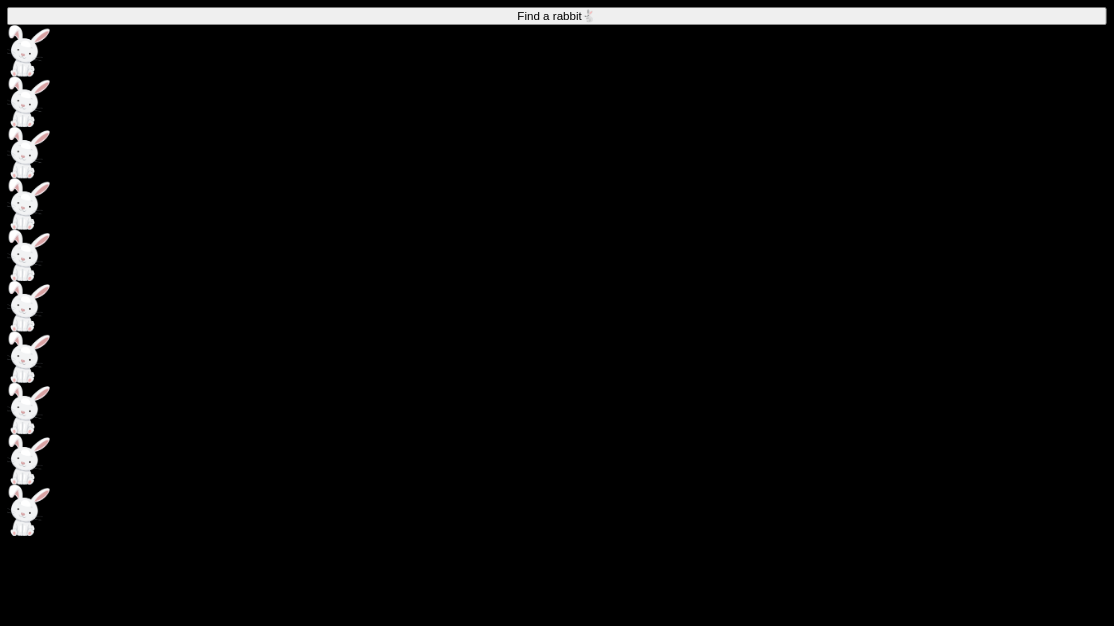
Repository: dhchun1203/browser-practice-works-
Page: rabbits/index.html
These files come from the project's save history. The page is drawn as it stood at one moment and after the next save; the edit follows.
The browser window is 1280 px wide. The pictures show the whole page, at 87% of full size.

Above is the page before, as saved 2021-01-04 12:08:24.

After the next save:
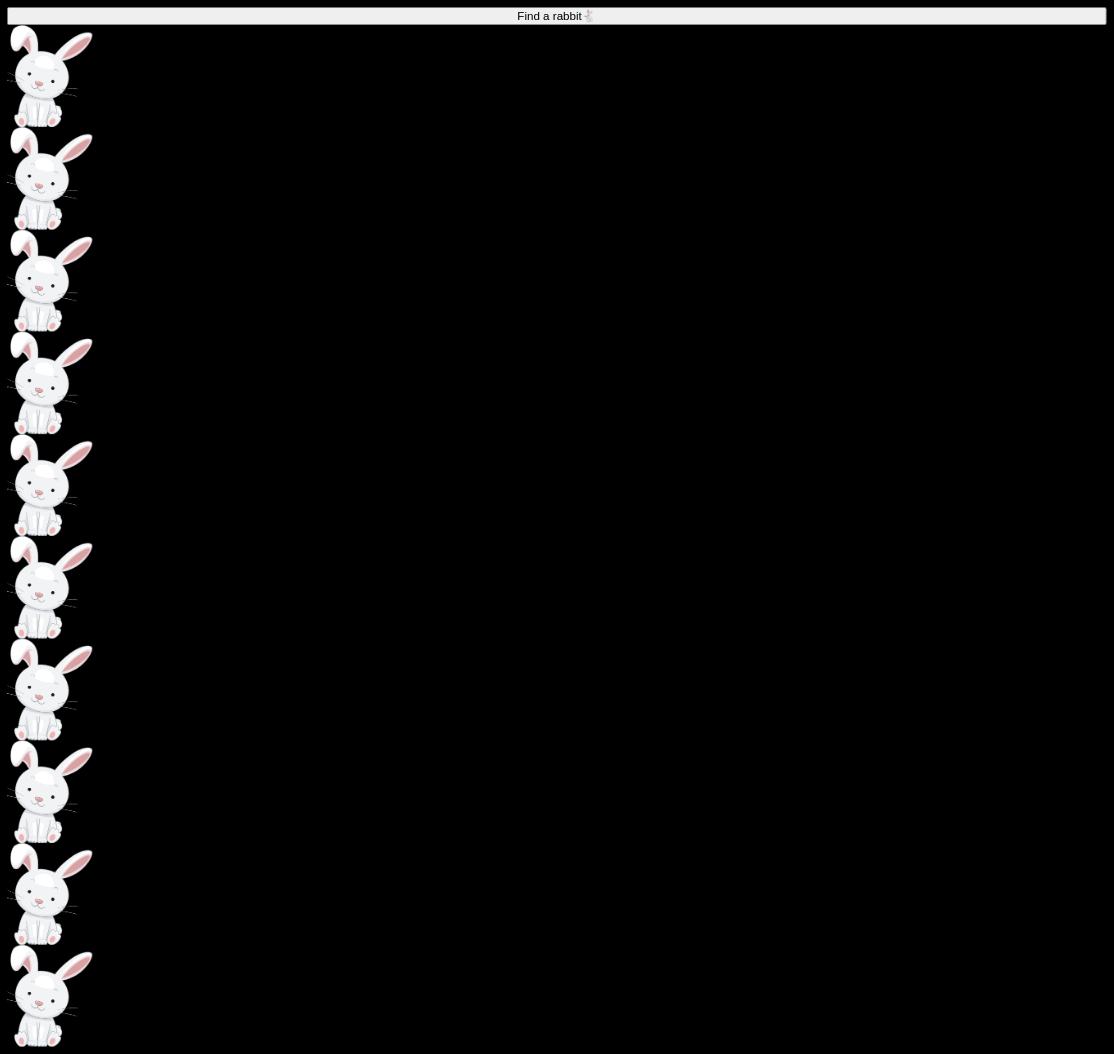
Saved 6 s later.
--- a/rabbits/index.html
+++ b/rabbits/index.html
@@ -11,7 +11,7 @@
 				flex-direction: column;
 			}
 			img {
-				width: 50px;
+				width: 100px;
 			}
 		</style>
 	</head>
